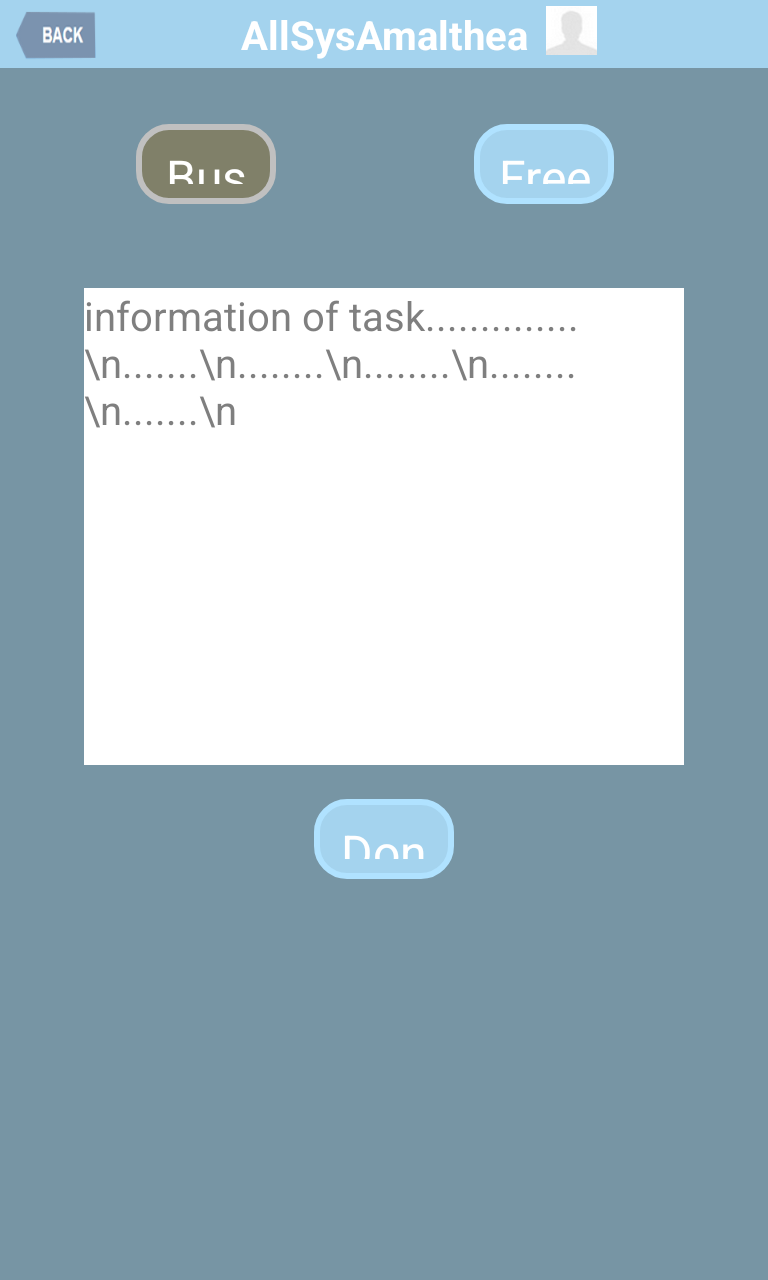
Repository: AllSysAmalthea/AllSys
Layout: APP/AppUI code/代码/Allsys/res/layout/activity_search.xml
An editor plug-in stored every save of this project. The layout is shown before and after the next save, followed by the edit.
It is drawn on a 768 x 1280 px phone screen (xhdpi) without system bars, with theme android:Theme.NoTitleBar; the app's code is not run.

Above is the layout before, as saved 2015-06-06 07:21:29.

After the next save:
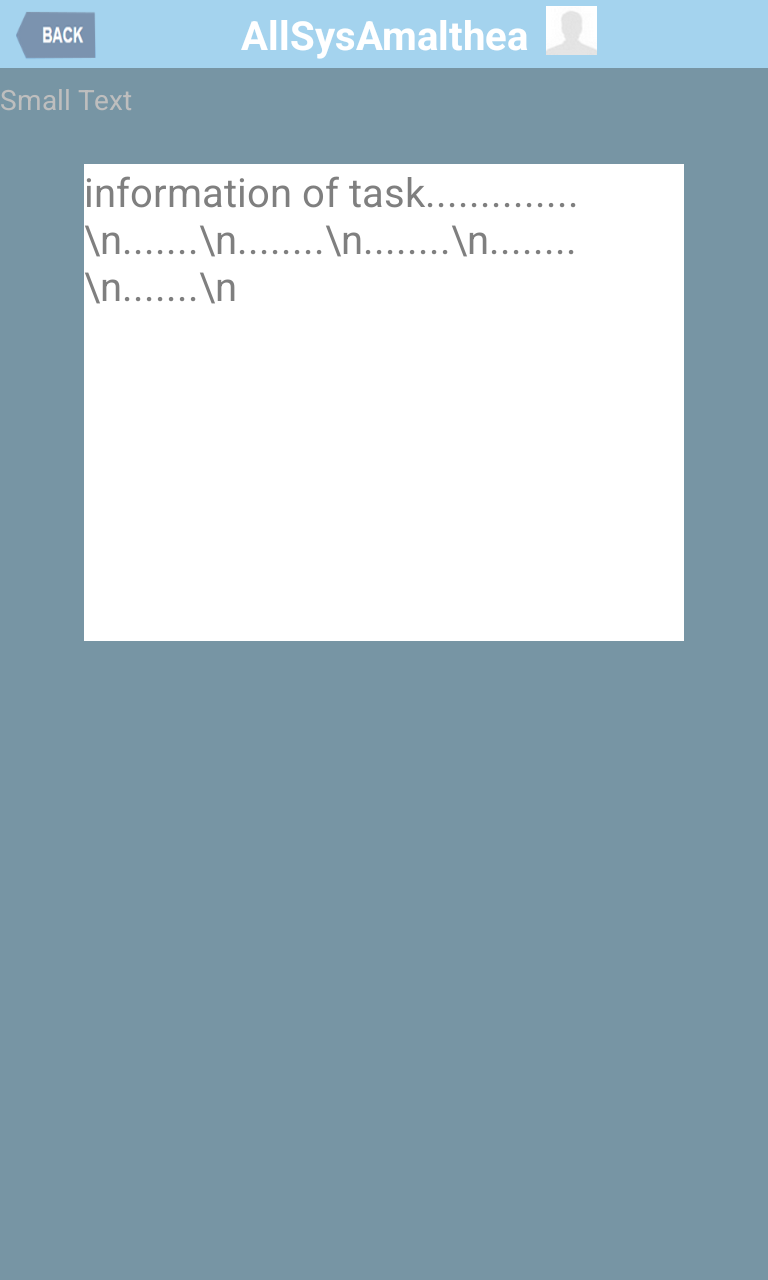
Saved 3 min 28 s later.
--- a/APP/AppUI code/代码/Allsys/res/layout/activity_search.xml
+++ b/APP/AppUI code/代码/Allsys/res/layout/activity_search.xml
@@ -42,59 +42,28 @@
             android:layout_x="8dp"
             android:layout_y="-4dp"
             android:background="@drawable/pic2" />
-
     </AbsoluteLayout>
 
-		<TextView
-		    android:id="@+id/businesscardsingle_content_abstract"
-		    android:layout_width="300dp"
-		    android:layout_height="wrap_content"
-		    android:layout_below="@+id/Busy"
-		    android:layout_centerHorizontal="true"
-		    android:layout_marginTop="42dp"
-		    android:background="#ffffff"
-		    android:lineSpacingMultiplier="1.0"
-		    android:lines="10"
-		    android:text="information of task..............\n.......\n........\n........\n........\n.......\n"
-		    android:textColor="#7f7f7f"
-		    android:textSize="20sp" />
+    <TextView
+        android:id="@+id/businesscardsingle_content_abstract"
+        android:layout_width="300dp"
+        android:layout_height="wrap_content"
+        android:layout_below="@+id/linearLayout1"
+        android:layout_centerHorizontal="true"
+        android:layout_marginTop="42dp"
+        android:background="#ffffff"
+        android:lineSpacingMultiplier="1.0"
+        android:lines="10"
+        android:text="information of task..............\n.......\n........\n........\n........\n.......\n"
+        android:textColor="#7f7f7f"
+        android:textSize="20sp" />
 
-		<Button
-		    android:id="@+id/Free"
-		    android:layout_width="140px"
-		    android:layout_height="80px"
-		    android:layout_alignBaseline="@+id/Busy"
-		    android:layout_alignBottom="@+id/Busy"
-		    android:layout_alignRight="@+id/businesscardsingle_content_abstract"
-		    android:layout_marginRight="35dp"
-		    android:background="@drawable/shape3"
-		    android:text="Free"
-		    android:textColor="#ffffff"
-		    android:textSize="24sp" />
-
-		<Button
-		    android:id="@+id/Busy"
-		    android:layout_width="140px"
-		    android:layout_height="80px"
-		    android:layout_alignLeft="@+id/businesscardsingle_content_abstract"
-		    android:layout_below="@+id/linearLayout1"
-		    android:layout_marginLeft="26dp"
-		    android:layout_marginTop="22dp"
-		    android:background="@drawable/shape"
-		    android:text="Busy"
-		    android:textColor="#ffffff"
-		    android:textSize="24sp" />
-
-		<Button
-		    android:id="@+id/Done"
-		    android:layout_width="140px"
-		    android:layout_height="80px"
-		    android:layout_below="@+id/businesscardsingle_content_abstract"
-		    android:layout_centerHorizontal="true"
-		    android:layout_marginTop="17dp"
-		    android:background="@drawable/shape3"
-		    android:text="Done"
-		    android:textColor="#ffffff"
-		    android:textSize="24sp" />
+    <TextView
+        android:id="@+id/searchContent"
+        android:layout_width="250dp"
+        android:layout_height="80dp"
+        android:layout_below="@+id/linearLayout1"
+        android:text="Small Text"
+        android:textAppearance="?android:attr/textAppearanceSmall" />
 
 </RelativeLayout>
